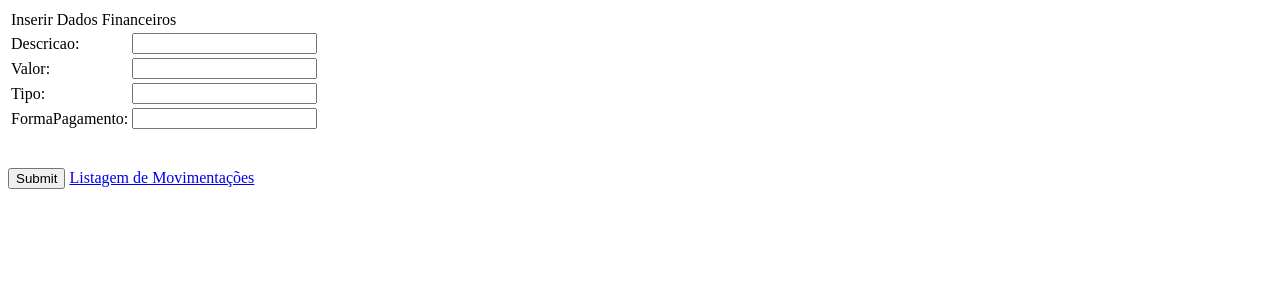
Repository: TadeuN1/PersonalProject-mySQL-eclipseIDE
Page: Movimentacoes/src/main/webapp/InfoMovimentacoes.html
An editor plug-in stored every save of this project. The page is shown before and after the next save, followed by the edit.
The browser window is 1280 px wide. The pictures show the whole page.

Above is the page before, as saved 2023-06-29 02:15:56.

### Movimentacoes/src/main/webapp/InfoMovimentacoes.html
<!DOCTYPE html>
<html>
	<head>
		<meta charset="UTF-8">
		<title>Especificacao de dados</title>
	</head>
	<body>
		<form method="post" action="InfoMovimentacoes">
		<table>
			<tr>
				<td colspan="2">Inserir Dados Financeiros</td>
			</tr>
			<tr>
				<td>Descricao:</td>
				<td><input type="text" name="descricao"></td>
			</tr>
			<tr>
				<td>Valor:</td>
				<td><input type="text" name="valor"></td>
			</tr>
			<tr>
				<td>Tipo:</td>
				<td><input type="text" name="tipo"></td>
			</tr>
			<tr>
				<td>FormaPagamento:</td>
				<td><input type="text" name="formapagamento"></td>
			</tr>
		</table>
		<br><br>
		<input type="Submit" name="Gravar">

		<a href="/Movimentacoes">Listagem de Movimentações</a>

		</form>
	</body>
</html>

After the next save:
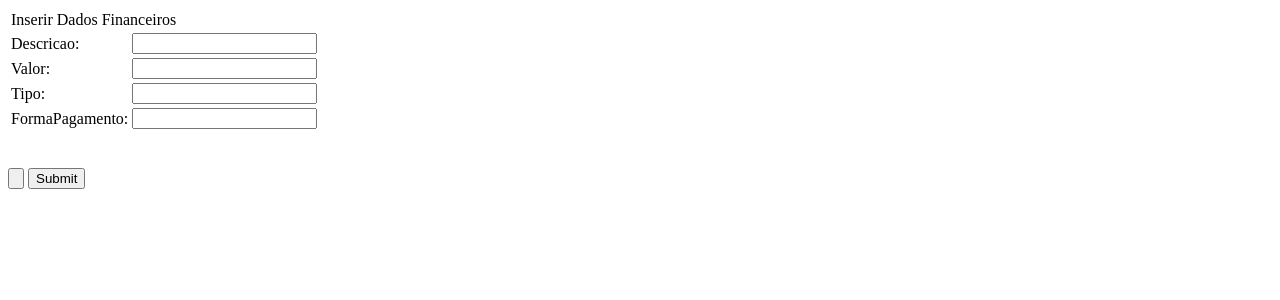
Console error (its wording comes from the project's code and is left out).
Saved 109 s later.
--- a/Movimentacoes/src/main/webapp/InfoMovimentacoes.html
+++ b/Movimentacoes/src/main/webapp/InfoMovimentacoes.html
@@ -28,9 +28,8 @@
 			</tr>
 		</table>
 		<br><br>
-		<input type="Submit" name="Gravar">
-
-		<a href="/Movimentacoes">Listagem de Movimentações</a>
+		<input type="button" name="Voltar" onclick="/Movimentacoes">
+		<input type="submit" name="Gravar">
 
 		</form>
 	</body>

After the 2 saves that followed:
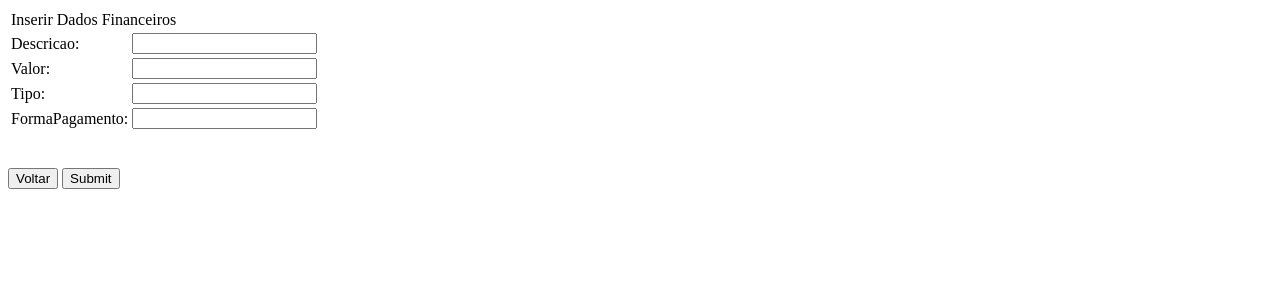
The error is gone.
The 2 saves are shown as one change because 1 left the picture as it was.
The last was saved 78 s later.
--- a/Movimentacoes/src/main/webapp/InfoMovimentacoes.html
+++ b/Movimentacoes/src/main/webapp/InfoMovimentacoes.html
@@ -28,7 +28,7 @@
 			</tr>
 		</table>
 		<br><br>
-		<input type="button" name="Voltar" onclick="/Movimentacoes">
+		<input type="button" value="Voltar" onclick="history.back()">
 		<input type="submit" name="Gravar">
 
 		</form>
